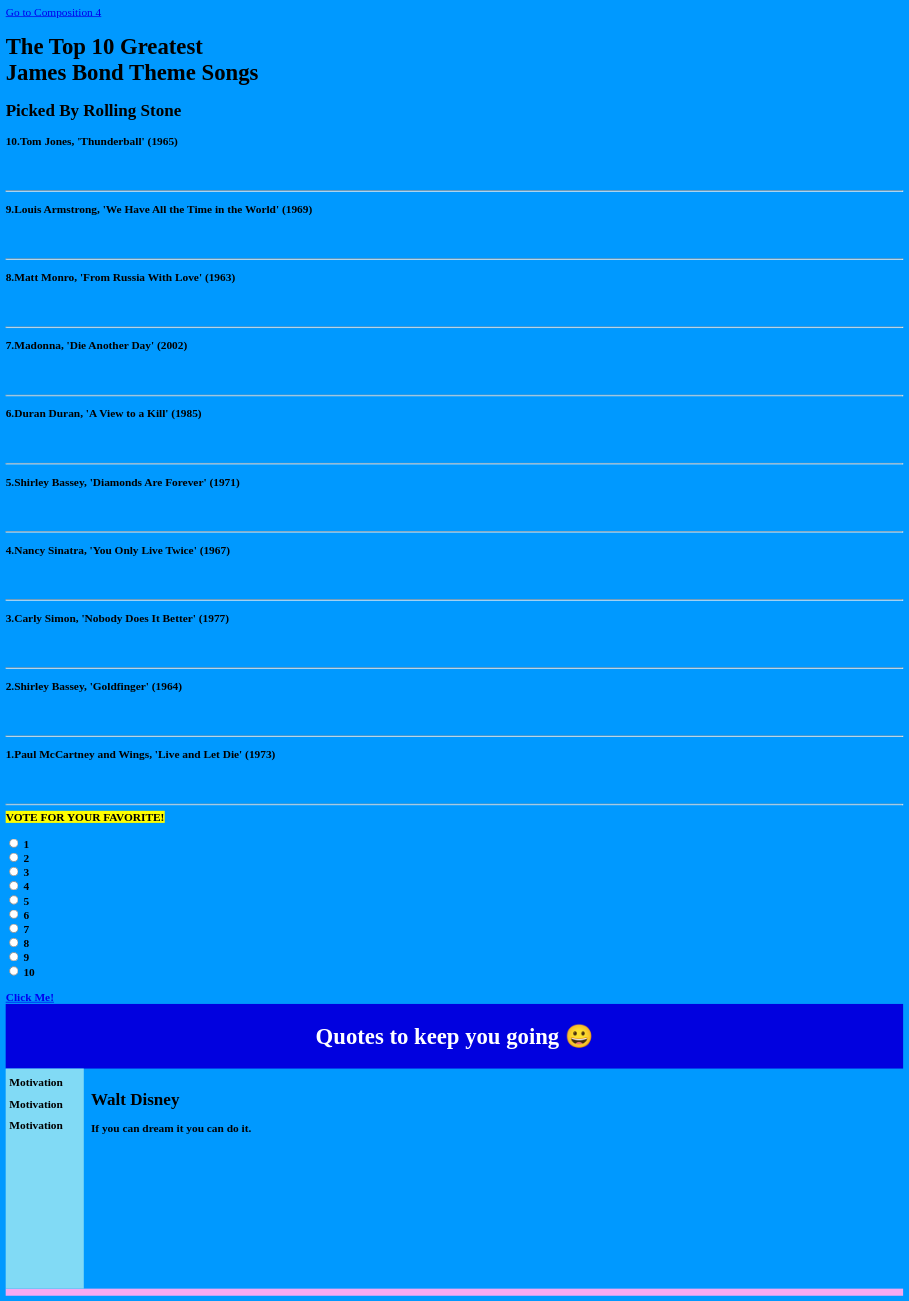
Repository: dominiquedevito/dominiquedevito.github.io
Page: 5compositions/composition3.html
The author's editor kept a record of every edit. The page is drawn from the files as they stood at one moment, then again after the next edit.
The browser window is 1280 px wide. The pictures show the whole page, at 71% of full size.

Above is the page before.

After the next edit:
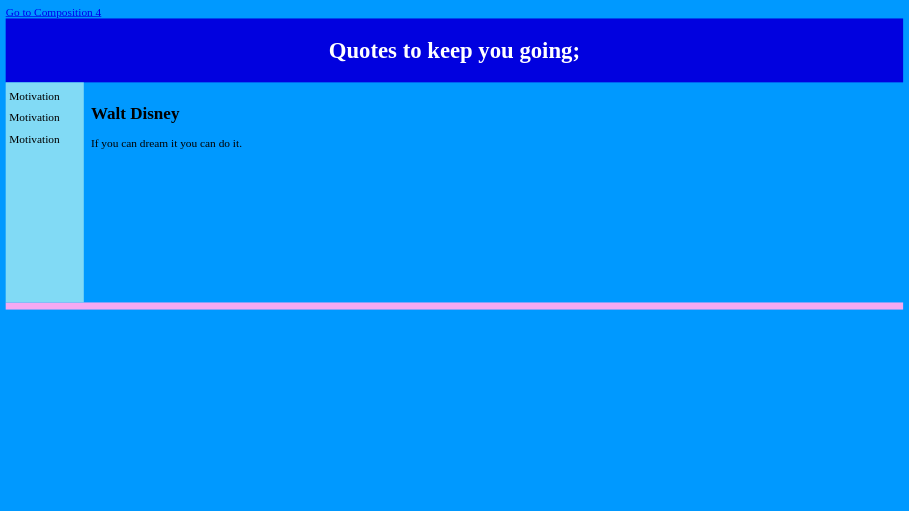
The edit:
--- a/5compositions/composition3.html
+++ b/5compositions/composition3.html
@@ -8,52 +8,8 @@
 <body bgcolor="#0099FF">
 	<a href="composition4.html">Go to Composition 4</a>
 
-<h1>The Top 10 Greatest <br>James Bond Theme Songs</h1>
-<h2><strong>Picked By Rolling Stone<strong></h2>
-
-
-<p>10.Tom Jones, 'Thunderball' (1965)</p><br /><br /><hr />
-<p>9.Louis Armstrong, 'We Have All the Time in the World'  (1969)</p><br /><br /><hr />
-<p>8.Matt Monro, 'From Russia With Love' (1963)</p><br /><br /><hr />
-<p>7.Madonna, 'Die Another Day' (2002)</p><br /><br /><hr />
-<p>6.Duran Duran, 'A View to a Kill' (1985)</p><br /><br /><hr />
-<p>5.Shirley Bassey, 'Diamonds Are Forever' (1971)</p><br /><br /><hr />
-<p>4.Nancy Sinatra, 'You Only Live Twice' (1967)</p><br /><br /><hr />
-<p>3.Carly Simon, 'Nobody Does It Better' (1977)</p><br /><br /><hr />
-<p>2.Shirley Bassey, 'Goldfinger' (1964)</p><br /><br /><hr />
-<p>1.Paul McCartney and Wings, 'Live and Let Die' (1973)</p><br /><br /><hr />
-
-
-<mark>VOTE FOR YOUR FAVORITE!</mark><br /><br />
-
-
-
-<input type="radio" name="rad"> 1<br />
-<input type="radio" name="rad"> 2<br />
-<input type="radio" name="rad"> 3<br />
-<input type="radio" name="rad"> 4<br />
-<input type="radio" name="rad"> 5<br />
-<input type="radio" name="rad"> 6<br />
-<input type="radio" name="rad"> 7<br />
-<input type="radio" name="rad"> 8<br />
-<input type="radio" name="rad"> 9<br />
-<input type="radio" name="rad"> 10<br /><br>
-
-<a href="5compositions/composition2.html">Click Me!</a><br>
-
-
-	</body>
-</html>
-
-
-
-
-
-
-
-
 <div id="header">
-<h1>Quotes to keep you going &#128512;</h1>
+<h1>Quotes to keep you going;</h1>
 </div>
 
 <div id="nav">
@@ -78,3 +34,8 @@
 </head>
 
 <body>
+
+
+
+	</body>
+</html>
